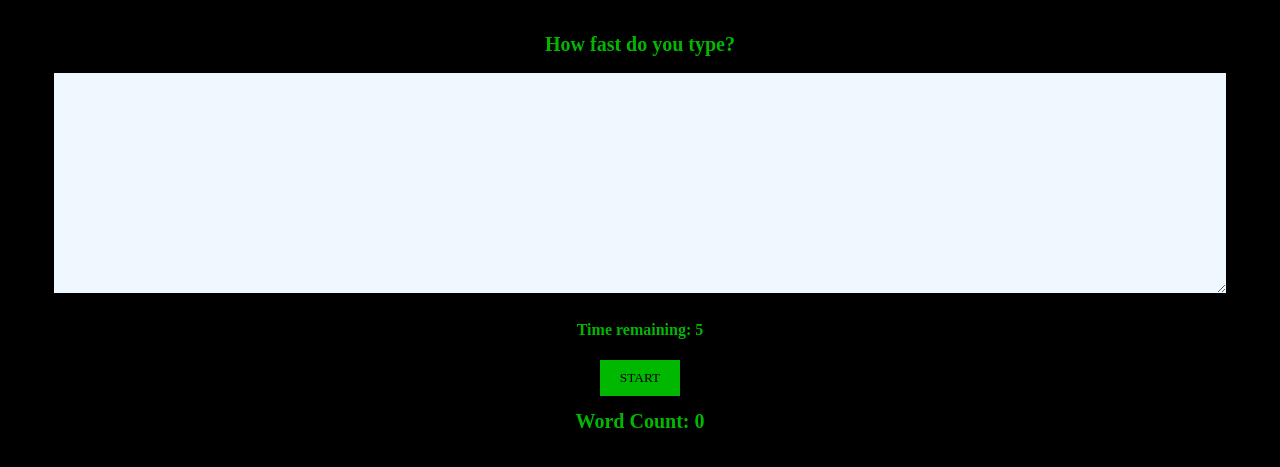
Repository: Lakshyyaa/Speed-Test
Page: /, after clicking the first element matching `button`
The author's editor kept a copy of each file at every save. The page is drawn from the files as they stood at one save, then again after the next save.
The browser window is 1280 px wide. The pictures show the whole page.
The project was rebuilt for these pictures with package versions that can differ from the ones it lists, and the page was loaded fresh each time. Also part of the build but not shown: src/Logic.js.

Above is the page before, as saved 2023-04-04 23:07:29.

After the next save:
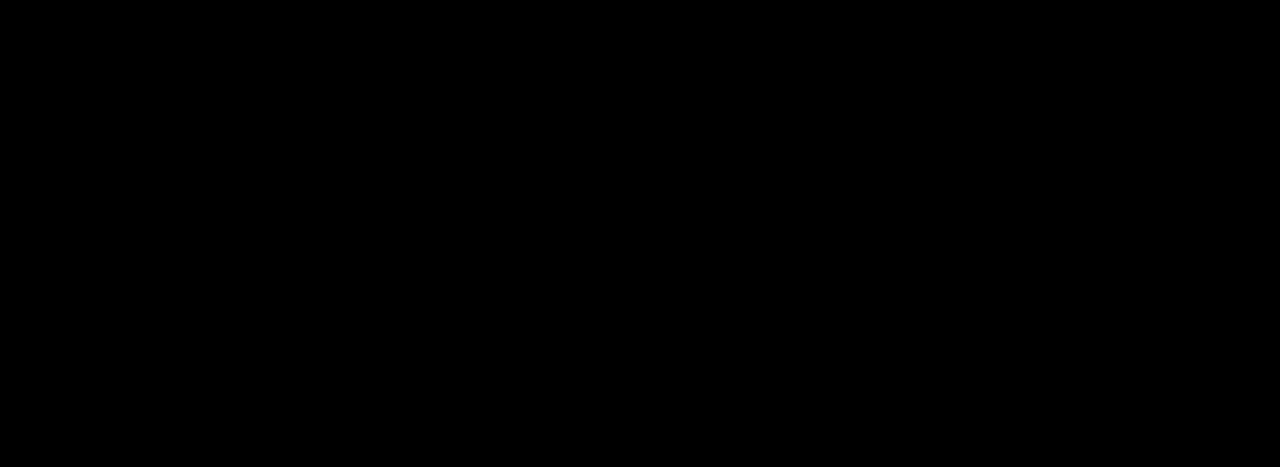
Saved 4 s later.
--- a/src/App.js
+++ b/src/App.js
@@ -9,7 +9,7 @@
   const maindiv=useRef(null)
   const countdown = () => {
     countdowndiv.current.style.display='block'
-    countdowndiv.current.style.display='none'
+    maindiv.current.style.display='none'
     timerLoop(5)
   }
   function timerLoop(i) {

After the 3 saves that followed:
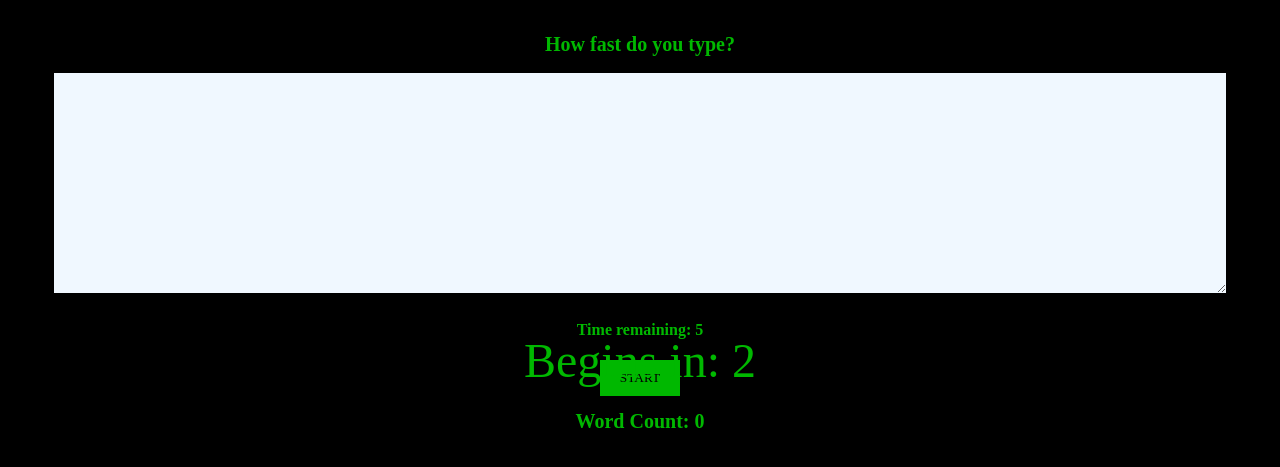
The 3 saves are shown as one change because 1 did not build or start and some came seconds apart.
The last was saved 43 s later.
--- a/src/App.js
+++ b/src/App.js
@@ -6,10 +6,10 @@
   const { handleChange, text, start, areaRef, time, handleStart, count } = Logic()
   const [timerText, setTimerText] = useState(5)
   const countdowndiv=useRef(null)
-  const maindiv=useRef(null)
+  // const maindiv=useRef(null)
   const countdown = () => {
     countdowndiv.current.style.display='block'
-    maindiv.current.style.display='none'
+    // maindiv.current.style.display='none'
     timerLoop(5)
   }
   function timerLoop(i) {
@@ -26,7 +26,7 @@
     }
   }
   return (
-    <div ref={maindiv}>
+    <div>
       <div className="countdown" ref={countdowndiv}>
         Begins in: {timerText}
       </div>
